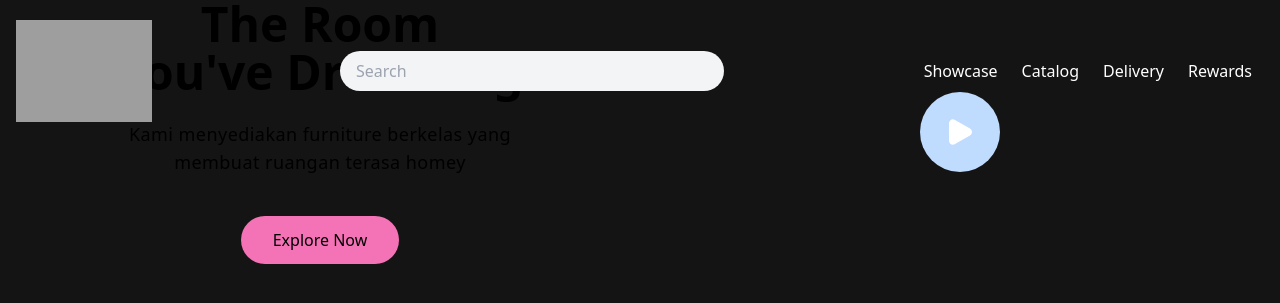
Repository: farrelmuhammad/anime-collections
Page: /
The author's editor kept a copy of each file at every save. The page is drawn from the files as they stood at one save, then again after the next save.
The browser window is 1280 px wide. The pictures show the whole page.
Pictures or frames that could not be fetched are drawn as grey boxes. The page's requests for data from a server got no answer. The project was rebuilt for these pictures with package versions that can differ from the ones it lists, and the page was loaded fresh each time. No one was signed in, and anything a server would have sent is missing. Also part of the build but not shown: src/App.css.

Above is the page before, as saved 2023-08-03 23:37:18.

### src/index.tsx
import React from 'react';
import ReactDOM from 'react-dom/client';
import "./assets/css/app.css";
import App from './App';
import reportWebVitals from './reportWebVitals';
import { BrowserRouter } from 'react-router-dom';

const root = ReactDOM.createRoot(
  document.getElementById('root') as HTMLElement
);
root.render(
  <React.StrictMode>
    <BrowserRouter>
      <App />
    </BrowserRouter>
  </React.StrictMode>
);

// If you want to start measuring performance in your app, pass a function
// to log results (for example: reportWebVitals(console.log))
// or send to an analytics endpoint. Learn more: https://bit.ly/CRA-vitals
reportWebVitals();

### src/assets/css/app.css
@import url("https://fonts.googleapis.com/css2?family=Open+Sans:wght@300;400;600&display=swap");
@tailwind base;
@tailwind components;
@tailwind utilities;

body {
  background-color: #141414;
}

/* utils */

.grid {
  grid-auto-flow: row dense;
  grid-auto-rows: minmax(180px, auto);
}

.stretched-link {
  @apply absolute inset-0 z-10;
}

/* card */

.card .card-shadow {
  @apply transition duration-300 shadow-none h-full;
}

.card:hover .card-shadow {
  @apply shadow-lg;
}

/* overlay */

.overlay {
  @apply absolute;
}

.overlay * {
  @apply transition-all duration-200;
}

.overlay.hoverable > * {
  @apply opacity-0;
}

.overlay.hoverable:hover > * {
  @apply opacity-100;
}

.overlay .video {
  @apply absolute transform bg-blue-200 bg-no-repeat bg-center w-20 h-20 rounded-full items-center justify-center flex -translate-x-1/2 -translate-y-1/2;
  background-image: url("../images/content/icon-play.svg#icon-play");
  top: 50%;
  left: 50%;
}

@media only screen and (max-width: 768px) {
  .hero .hero-image,
  .hero .hero-caption {
    min-height: 90vh;
  }
  .hero .hero-cta {
    @apply w-12 h-12;
    transform: translateX(-75px) translateY(-50%);
    background-size: 37.5%;
  }
}

/* breadcrumb */

ul.breadcrumb {
  @apply flex flex-row items-center text-lg;
}

ul.breadcrumb li:not(:last-child):after {
  content: "/";
  @apply px-4;
}

ul.breadcrumb li:not(:last-child) a {
  @apply font-light;
}

ul.breadcrumb li:last-child a {
  @apply font-semibold;
}

/* slider */

.slider {
  @apply flex my-4 flex-col;
}

.slider .thumbnail {
  @apply w-screen order-last -mx-2 overflow-auto flex pl-4;
}

.slider .thumbnail .item {
  @apply rounded relative rounded-lg mb-4 cursor-pointer;
  width: 106px;
  height: 106px;
}

.slider .thumbnail .item:after {
  content: "";
  @apply transition duration-200 absolute inset-0 bg-black bg-opacity-0 border-2 border-black border-opacity-0 rounded-lg;
}

.slider .thumbnail .item.selected:after {
  content: "";
  @apply bg-opacity-25 border-opacity-100;
}

.slider .preview {
  @apply mb-4 px-4;
  height: 320px;
}

@media only screen and (min-width: 768px) {
  .slider {
    @apply flex-row;
  }
  .slider .thumbnail {
    @apply w-auto order-first block overflow-visible pl-0;
  }
  .slider .preview {
    height: 600px;
    width: 560px;
  }
}

a.cart svg g circle.dot {
  @apply hidden;
}

a.cart.cart-filled svg g circle.dot {
  @apply block;
}

button[disabled] {
  @apply bg-gray-300 hover:bg-gray-300 text-gray-400 hover:text-gray-400 cursor-not-allowed;
}

section:not(.bg-gray-100) + section.sitemap > div {
  @apply border-t;
}

### src/App.tsx
import React from 'react';
import logo from './logo.svg';
import './App.css';
import { Routes, Route } from 'react-router-dom';
import Home from './pages/Home';

function App() {
  return (
    <>
      <Routes>
        <Route path="/" element={<Home />} />
      </Routes>
    </>
  );
}

export default App;

### src/pages/Home.tsx
import React from 'react'
import Header from '../parts/Header'
import Hero from '../parts/Home/Hero'

const Home = () => {
    return (
        <>
            <Header theme="white" position="absolute" />
            <Hero />
        </>
    )
}

export default Home

### src/parts/Header.tsx
import React, { useState } from 'react'
import { Link } from "react-router-dom";

interface HeaderProps {
    theme: string; // Change the type to the appropriate one based on your usage
    position: string; // Change the type to the appropriate one based on your usage
}

const Header: React.FC<HeaderProps> = ({ theme, position }) => {
    const [toggleMainMenu, setToggleMainMenu] = useState<boolean>(false);
    return (
        <>
            <header className={[position, "w-full z-40 px-4"].join(" ")}>
                <div className="container mx-auto py-5">
                    <div className="flex flex-stretch items-center">
                        <div className="w-56 items-center flex">
                            <Link to="/">
                                <img
                                    // src={Logo}
                                    src="https://tv.idlixprime.com/wp-content/uploads/2020/07/logov4.png"
                                    alt="IDLIX"
                                />
                            </Link>
                        </div>
                        <div className="w-full flex items-center justify-center">
                            <input
                                type="text"
                                placeholder="Search"
                                className="w-full md:w-96 py-2 px-4 rounded-full bg-gray-100 focus:outline-none"
                            />
                        </div>
                        <div className="w-auto">
                            <ul
                                className={["fixed bg-white inset-0 flex flex-col items-center justify-center opacity-0 md:visible md:flex-row md:bg-transparent md:relative md:opacity-100 md:flex md:items-center", toggleMainMenu ? "opacity-100 z-30 visible" : "invisible opacity-0"].join(" ")}
                                id="menu"
                            >
                                <li className="mx-3 py-6 md:py-0">
                                    <Link
                                        to="/showcase"
                                        className={[
                                            "hover:underline",
                                            theme === "white"
                                                ? "text-black md:text-white"
                                                : "text-black md:text-black ",
                                        ].join(" ")}
                                    >
                                        Showcase
                                    </Link>
                                </li>
                                <li className="mx-3 py-6 md:py-0">
                                    <Link
                                        to="/catalog"
                                        className={[
                                            "hover:underline",
                                            theme === "white"
                                                ? "text-black md:text-white"
                                                : "text-black md:text-black ",
                                        ].join(" ")}
                                    >
                                        Catalog
                                    </Link>
                                </li>
                                <li className="mx-3 py-6 md:py-0">
                                    <Link
                                        to="/delivery"
                                        className={[
                                            "hover:underline",
                                            theme === "white"
                                                ? "text-black md:text-white"
                                                : "text-black md:text-black ",
                                        ].join(" ")}
                                    >
                                        Delivery
                                    </Link>
                                </li>
                                <li className="mx-3 py-6 md:py-0">
                                    <Link
                                        to="/rewards"
                                        className={[
                                            "hover:underline",
                                            theme === "white"
                                                ? "text-black md:text-white"
                                                : "text-black md:text-black ",
                                        ].join(" ")}
                                    >
                                        Rewards
                                    </Link>
                                </li>
                            </ul>
                        </div>
                        <div className="w-auto">
                            <ul className="items-center flex">
                                <li className="ml-6 block md:hidden">
                                    <button
                                        className={["flex z-50 items-center justify-center w-8 h-8 text-black md:text-white focus:outline-none",
                                            toggleMainMenu ? "fixed top-0 right-0" : "relative",
                                            theme === "white"
                                                ? "text-black md:text-white"
                                                : "text-black md:text-black "].join(" ")}
                                        onClick={() => setToggleMainMenu(prev => !prev)}
                                    >
                                        <svg
                                            className="fill-current"
                                            width="18"
                                            height="17"
                                            viewBox="0 0 18 17"
                                        >
                                            <path d="M15.9773 0.461304H1.04219C0.466585 0.461304 0 0.790267 0 1.19609C0 1.60192 0.466668 1.93088 1.04219 1.93088H15.9773C16.5529 1.93088 17.0195 1.60192 17.0195 1.19609C17.0195 0.790208 16.5529 0.461304 15.9773 0.461304Z" />
                                            <path d="M15.9773 7.68802H1.04219C0.466585 7.68802 0 8.01698 0 8.42281C0 8.82864 0.466668 9.1576 1.04219 9.1576H15.9773C16.5529 9.1576 17.0195 8.82864 17.0195 8.42281C17.0195 8.01692 16.5529 7.68802 15.9773 7.68802Z" />
                                            <path d="M15.9773 14.9147H1.04219C0.466585 14.9147 0 15.2437 0 15.6495C0 16.0553 0.466668 16.3843 1.04219 16.3843H15.9773C16.5529 16.3843 17.0195 16.0553 17.0195 15.6495C17.0195 15.2436 16.5529 14.9147 15.9773 14.9147Z" />
                                        </svg>
                                    </button>
                                </li>
                                {/* <li className="ml-6">
                                    <Link
                                        className={["cart flex items-center justify-center w-8 h-8", theme === "white" ? "text-black md:text-white" : "text-white md:text-black", state.cart && Object.keys(state.cart).length > 0 ? "cart-filled" : "", isCartChanged ? "animate-bounce" : ""
                                        ].join(" ")}
                                        to="/cart"
                                    >
                                        <IconCart />
                                    </Link>
                                </li> */}
                            </ul>
                        </div>
                    </div>
                </div>
            </header>
        </>
    )
}

export default Header

### src/parts/Home/Hero.tsx
import React, { useState, useEffect } from "react";
import axios from "axios";

const Hero: React.FC = () => {
    const [randomImage, setRandomImage] = useState<string | null>(null);

    useEffect(() => {
        fetchRandomAnimeImage();
    }, []);

    const fetchRandomAnimeImage = async () => {
        try {
            const response = await axios.get("https://picsum.photos/800/600");
            console.log(response.request.responseURL);
            setRandomImage(response.request.responseURL);
        } catch (error) {
            console.error("Error fetching random image:", error);
        }
    };

    return (
        <section className="flex items-center hero">
            <div className="w-full absolute z-20 inset-0 md:relative md:w-1/2 text-center flex flex-col justify-center hero-caption">
                <h1 className="text-3xl md:text-5xl leading-tight font-semibold">
                    The Room <br className="" />
                    You've Dreaming
                </h1>
                <h2 className="px-8 text-base md:px-0 md:text-lg my-6 tracking-wide">
                    Kami menyediakan furniture berkelas yang
                    <br className="hidden lg:block" />
                    membuat ruangan terasa homey
                </h2>
                <div>
                    <a
                        href="#browse-the-room"
                        className="bg-pink-400 text-black hover:bg-black hover:text-pink-400 rounded-full px-8 py-3 mt-4 inline-block flex-none transition duration-200"
                    >
                        Explore Now
                    </a>
                </div>
            </div>
            <div className="w-full inset-0 md:relative md:w-1/2">
                <div className="relative hero-image">
                    <div className="overlay inset-0 bg-black opacity-35 z-10"></div>
                    <div className="overlay right-0 bottom-0 md:inset-0">
                        <button
                            className="video hero-cta focus:outline-none z-30 modal-trigger"
                            data-content='<div class="w-screen pb-56 md:w-88 md:pb-56 relative z-50">
              <div class="absolute w-full h-full">
                <iframe
                  width="100%"
                  height="100%"
                  src="https://www.youtube.com/embed/3h0_v1cdUIA"
                  frameborder="0"
                  allow="accelerometer; autoplay; clipboard-write; encrypted-media; gyroscope; picture-in-picture"
                  allowfullscreen
                ></iframe>
              </div>
            </div>'
                        ></button>
                    </div>
                    {randomImage && ( // Add this condition to render the image only when randomImage is not null
                        <img
                            src={randomImage}
                            alt="hero 1"
                            className="absolute inset-0 md:relative w-full h-full object-cover object-center"
                        />
                    )}
                </div>
            </div>
        </section>
    );
};

export default Hero;

Loaded but not shown: public/index.html (common file); src/reportWebVitals.ts (common file); tailwind.config.js (common file)

After the next save:
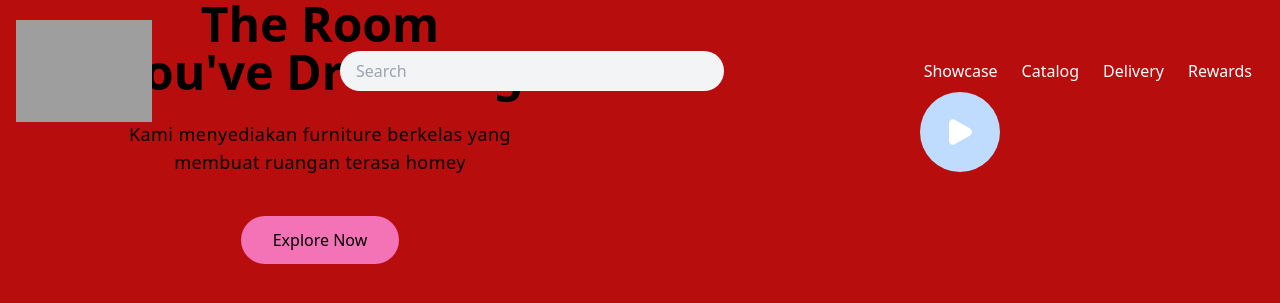
Saved 11 s later.
--- a/src/assets/css/app.css
+++ b/src/assets/css/app.css
@@ -4,7 +4,7 @@
 @tailwind utilities;
 
 body {
-  background-color: #141414;
+  background-color: #b70d0d;
 }
 
 /* utils */

After the save that followed:
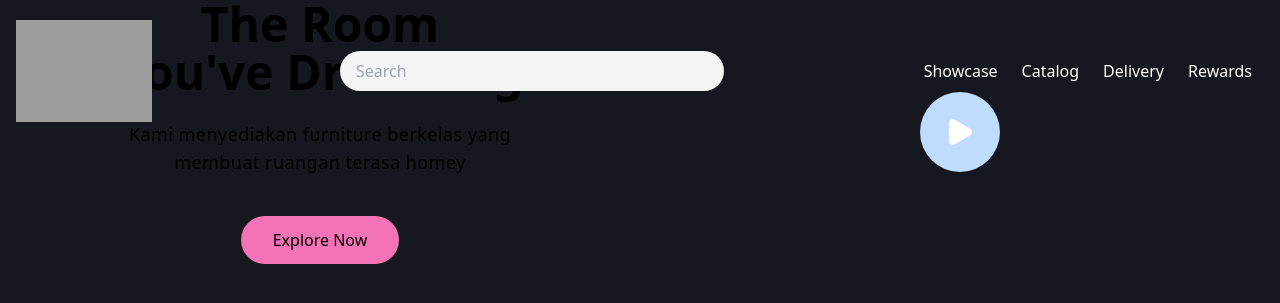
Saved 4 min 51 s later.
--- a/src/assets/css/app.css
+++ b/src/assets/css/app.css
@@ -4,7 +4,7 @@
 @tailwind utilities;
 
 body {
-  background-color: #b70d0d;
+  background-color: #16181f;
 }
 
 /* utils */
